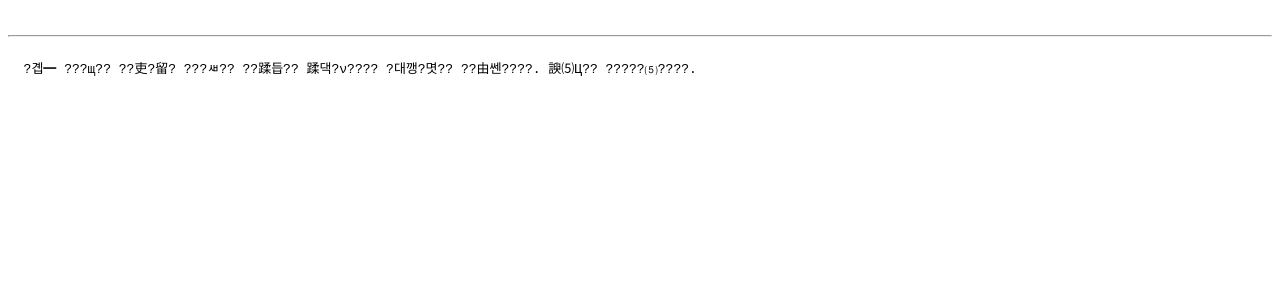
Repository: violetaplum/eclipseJSP
Page: http://localhost/JSP/100_includesub.jsp
The author's editor kept a copy of each file at every save. The page is drawn from the files as they stood at one save, then again after the next save.
The browser window is 1280 px wide. The pictures show the whole page.
The page is served by Tomcat 9. Other server files are loaded and not shown.

Above is the page before, as saved 2019-06-07 10:24:15.

### JSP/WebContent/100_includesub.jsp
<%@ page language="java" contentType="text/html; charset=EUC-KR"
    pageEncoding="EUC-KR"%>
<!DOCTYPE html>
<html>
<head>
<meta charset="EUC-KR">
<title>include 지시어로 파일 포함 하기</title>
</head>
<body>
<pre>
  <hr />
  우리 회사는 작지만 확실한 행복을 보장하는 이벤트를 드립니다. 방문을 환영합니다.
</pre>
</body>
</html>

After the next save:
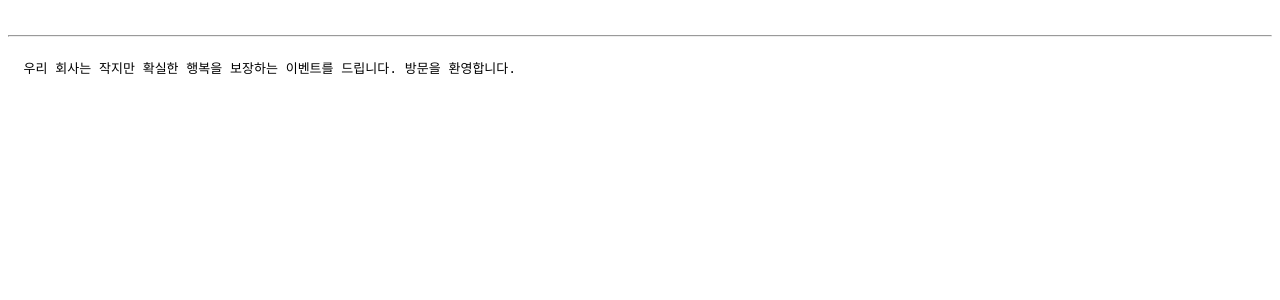
Saved 48 s later.
--- a/JSP/WebContent/100_includesub.jsp
+++ b/JSP/WebContent/100_includesub.jsp
@@ -1,5 +1,5 @@
 <%@ page language="java" contentType="text/html; charset=EUC-KR"
-    pageEncoding="EUC-KR"%>
+    pageEncoding="utf-8"%>
 <!DOCTYPE html>
 <html>
 <head>
